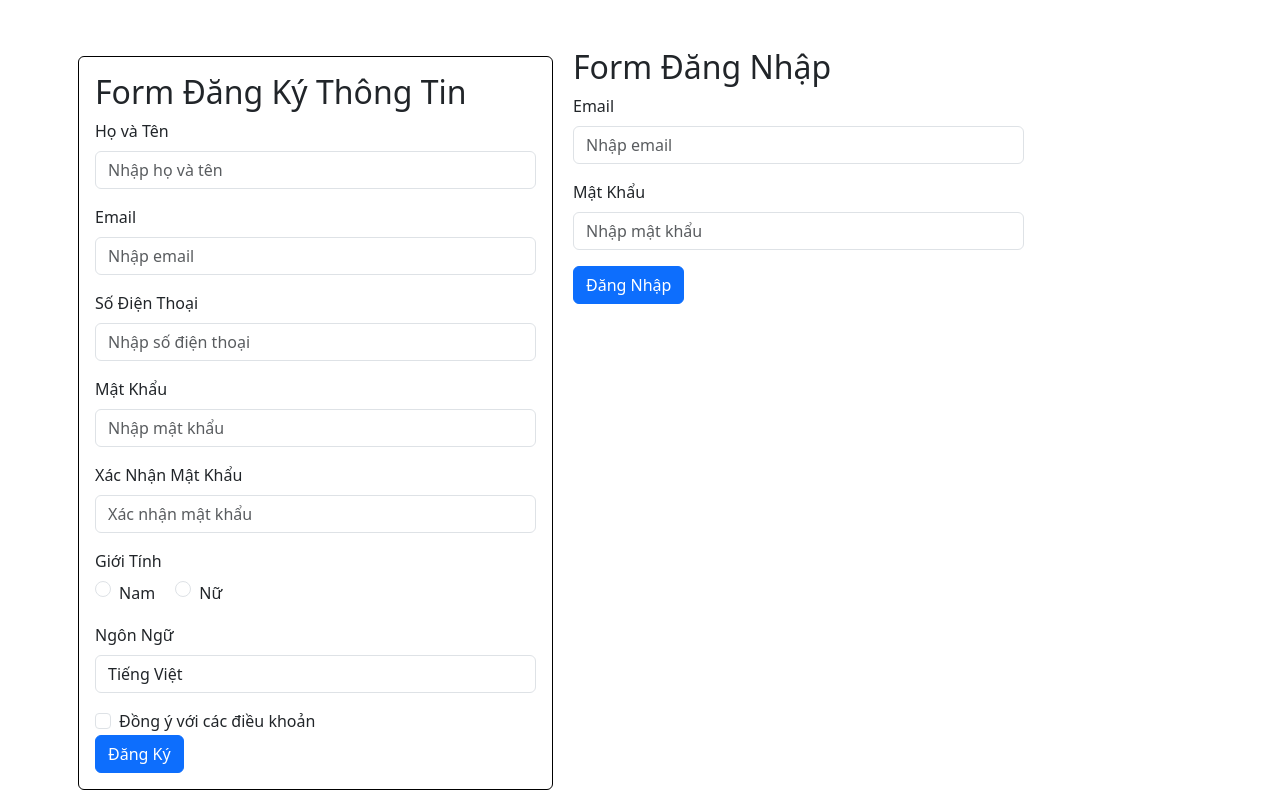
Repository: KizukoHeiwa/SOF308
Page: Lab2/bai2.html
An editor plug-in stored every save of this project. The page is shown before and after a run of saves, followed by the edit.
The browser window is 1280 px wide. The pictures show the whole page.

Above is the page before, as saved 2024-11-07 10:16:51.

### Lab2/bai2.html
<!DOCTYPE html>
<html lang="vi">

<head>
    <meta charset="UTF-8">
    <meta name="viewport" content="width=device-width, initial-scale=1.0">
    <title>FPT Polytechnic</title>
    <link href="https://maxcdn.bootstrapcdn.com/bootstrap/4.5.2/css/bootstrap.min.css" rel="stylesheet">
</head>
<link href="https://cdn.jsdelivr.net/npm/bootstrap@5.3.3/dist/css/bootstrap.min.css" rel="stylesheet">
<link rel="stylesheet" href="https://cdnjs.cloudflare.com/ajax/libs/font-awesome/6.0.0-beta3/css/all.min.css">
<script src="https://cdn.jsdelivr.net/npm/bootstrap@5.3.3/dist/js/bootstrap.bundle.min.js"></script>

<body>
    <div class="container mt-5">
        <div class="row">
            <!-- Đăng ký -->
            <div class="col-md-5 border border-black rounded p-3 m-2">
                <h2>Form Đăng Ký Thông Tin</h2>
                <form>
                    <div class="form-group">
                        <label for="fullName">Họ và Tên</label>
                        <input type="text" class="form-control" id="fullName" placeholder="Nhập họ và tên">
                    </div>
                    <div class="form-group">
                        <label for="email">Email</label>
                        <input type="email" class="form-control" id="email" placeholder="Nhập email">
                    </div>
                    <div class="form-group">
                        <label for="phoneNumber">Số Điện Thoại</label>
                        <input type="text" class="form-control" id="phoneNumber" placeholder="Nhập số điện thoại">
                    </div>
                    <div class="form-group">
                        <label for="password">Mật Khẩu</label>
                        <input type="password" class="form-control" id="password" placeholder="Nhập mật khẩu">
                    </div>
                    <div class="form-group">
                        <label for="confirmPassword">Xác Nhận Mật Khẩu</label>
                        <input type="password" class="form-control" id="confirmPassword"
                            placeholder="Xác nhận mật khẩu">
                    </div>
                    <div class="form-group">
                        <label>Giới Tính</label><br>
                        <div class="form-check form-check-inline">
                            <input class="form-check-input" type="radio" name="gender" id="genderMale" value="male">
                            <label class="form-check-label" for="genderMale">Nam</label>
                        </div>
                        <div class="form-check form-check-inline">
                            <input class="form-check-input" type="radio" name="gender" id="genderFemale" value="female">
                            <label class="form-check-label" for="genderFemale">Nữ</label>
                        </div>
                    </div>
                    <div class="form-group">
                        <label for="language">Ngôn Ngữ</label>
                        <select class="form-control" id="language">
                            <option>Tiếng Việt</option>
                            <option>English</option>
                        </select>
                    </div>
                    <div class="form-group form-check">
                        <input type="checkbox" class="form-check-input" id="agreeTerms">
                        <label class="form-check-label" for="agreeTerms">Đồng ý với các điều khoản</label>
                    </div>
                    <button type="submit" class="btn btn-primary">Đăng Ký</button>
                </form>
            </div>

            <!-- Đăng nhập -->
            <div class="col-md-5">
                <h2>Form Đăng Nhập</h2>
                <form>
                    <div class="form-group">
                        <label for="loginEmail">Email</label>
                        <input type="email" class="form-control" id="loginEmail" placeholder="Nhập email">
                    </div>
                    <div class="form-group">
                        <label for="loginPassword">Mật Khẩu</label>
                        <input type="password" class="form-control" id="loginPassword" placeholder="Nhập mật khẩu">
                    </div>
                    <button type="submit" class="btn btn-primary">Đăng Nhập</button>
                </form>
            </div>
        </div>
    </div>


</body>

</html>

After the next 3 saves:
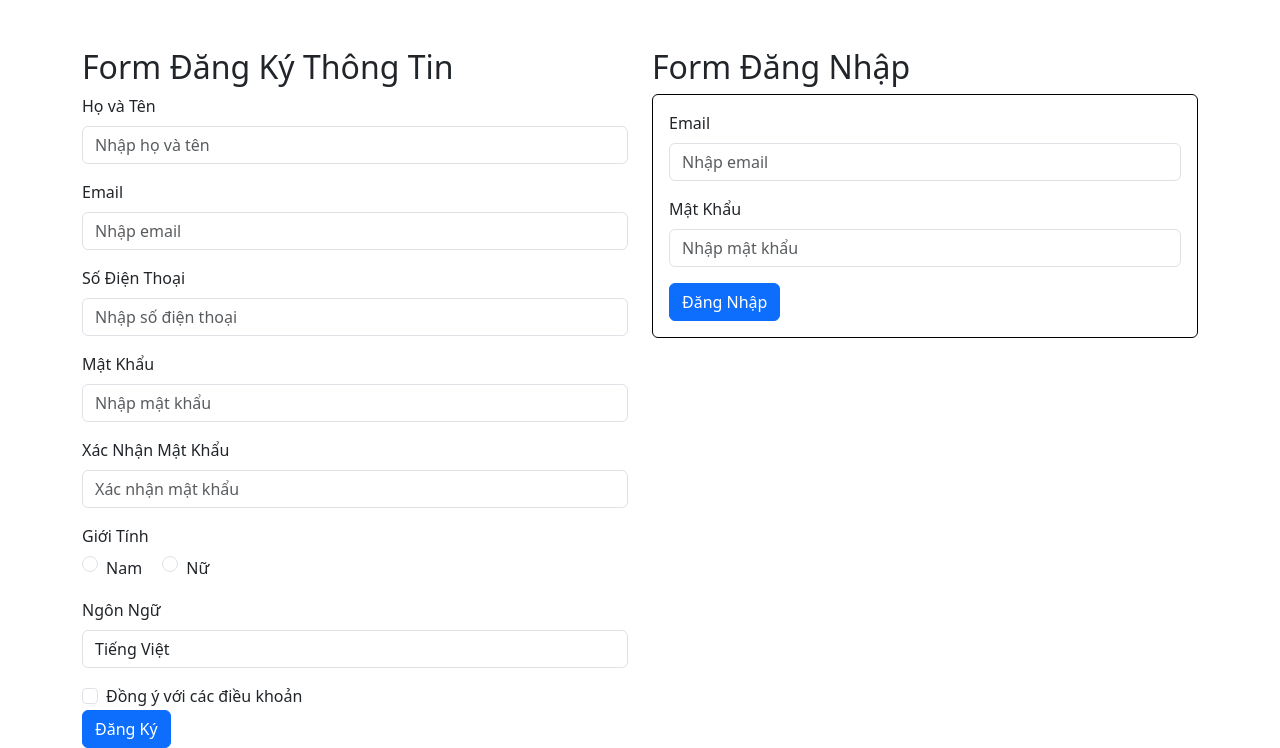
The 3 saves are shown as one change because they came seconds apart.
The last was saved 10 s later.
--- a/Lab2/bai2.html
+++ b/Lab2/bai2.html
@@ -15,7 +15,7 @@
     <div class="container mt-5">
         <div class="row">
             <!-- Đăng ký -->
-            <div class="col-md-5 border border-black rounded p-3 m-2">
+            <div class="col-md-6">
                 <h2>Form Đăng Ký Thông Tin</h2>
                 <form>
                     <div class="form-group">
@@ -66,9 +66,9 @@
             </div>
 
             <!-- Đăng nhập -->
-            <div class="col-md-5">
+            <div class="col-md-6">
                 <h2>Form Đăng Nhập</h2>
-                <form>
+                <form class="border border-black rounded p-3">
                     <div class="form-group">
                         <label for="loginEmail">Email</label>
                         <input type="email" class="form-control" id="loginEmail" placeholder="Nhập email">
